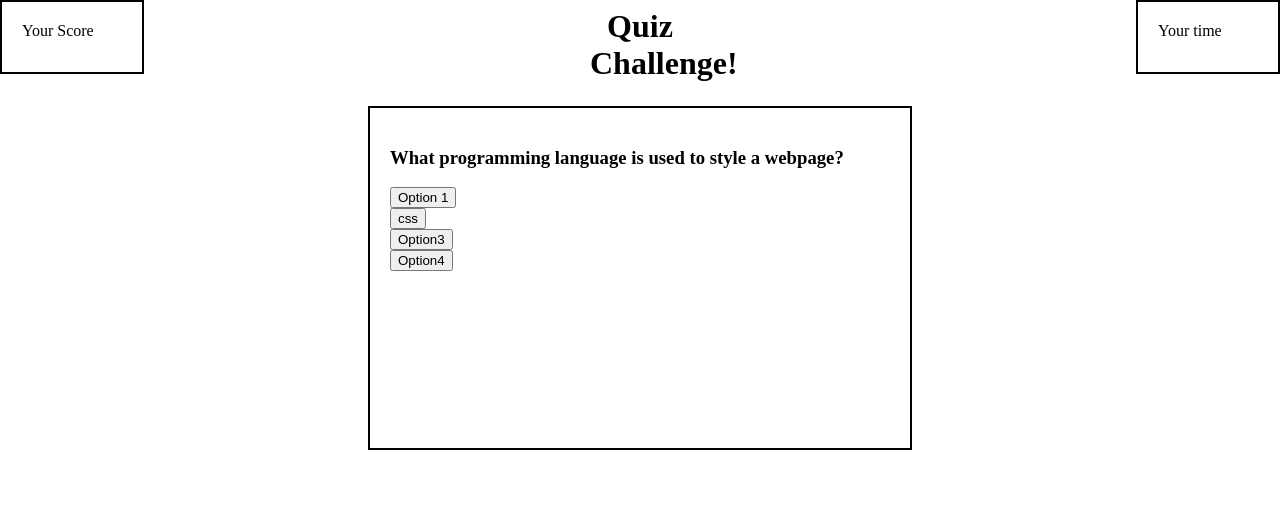
Repository: s88leigh/Quiz-Challenge
Page: index.html
These files come from the project's save history. The page is drawn as it stood at one moment and after a run of saves; the edit follows.
The browser window is 1280 px wide. The pictures show the whole page.

Above is the page before, as saved 2019-10-19 18:26:36.

### index.html
<!DOCTYPE html>
<html lang="en">

<head>
    <meta charset="UTF-8">
    <meta name="viewport" content="width=device-width, initial-scale=1.0">
    <meta http-equiv="X-UA-Compatible" content="ie=edge">
    <link rel="stylesheet" type="text/css" href="style.css">
    <title>Quiz</title>


</head>

<body>
    <div id="score-box">Your Score</div>

    <h1 id="title">Quiz Challenge!</h1>
    <br>
    <div id="question-box">

        <h3 id="question">question</h3>
        <div id="answers"></div>

    </div>

    <div id="timer-box">Your time</div>



    <script src="./script.js"></script>
    <!-- window.location = "/highscores.html"; -->
    <!-- /* score will run from the beginning -nothing below will run.*/ -->

</body>

</html>

### style.css
#score-box {
  width: 100px;
  height: 30px;
  padding: 20px;
  margin: auto;
  position: absolute;
    left: 0;
    top: 0;
  border: 2px solid black;
  text-align: center, top;

}

#title {
    width: 100px;
    height: 50px;
    margin: auto;
    margin-bottom: 30px;
    text-align: center;
}

#question-box {
    width: 500px;
    height:300px;
    padding: 20px;
    margin: auto;
    border: 2px solid black;
}

#timer-box {
  width: 100px;
  height: 30px;
  padding: 20px;
  margin: auto;
  position: absolute;
    right: 0;
    top: 0;
  border: 2px solid black;

}

### script.js
// var btn1 = document.getElementById("btn1");
// var btn2 = document.getElementById("btn2");
// var btn3 = document.getElementById("btn3");
// var btn4 = document.getElementById("btn4");
var currQuestionDiv = document.getElementById("question");
var answersDiv = document.getElementById("answers");

var questions = [
    {
        questionText: "What programming language is used to style a webpage?",
        choices: ["Option 1", "css", "Option3", "Option4"],
        answer: "css"
    },
    {
        questionText: "Which one is a DOM element?",
        choices: ["Option 1", "Option 2", "addEventListener", "Option4"],
        answer: "addEventListener"
    },
    {
        questionText: "Which is a DOM attribute?",
        choices: ["value", "Option 2", "Option3", "Option4"],
        answer: "value"
    },
    {
        questionText: "What are the inputs of a function called?",
        choices: ["Option 1", "Option 2", "Option3", "parameters"],
        answer: "parameters"
    },
    {
        questionText: "What is the output of a function called?",
        choices: ["Option 1", "Option 2", "Option3", "parameters"],
        answer: "return"
    }
];

// var p = document.createElement('p')

var counter = 0;
var questIndex = 0;
var seconds
var timerInterval;

function startTimer(){
    clearInterval(timerInterval);
    seconds = 0;
    timerInterval = setInterval(function(){
        console.log(seconds, timerInterval);
        seconds++;
        // if(seconds ===){
        //     clearInterval(timerInterval);
        //     questIndex++;
            if(questIndex > questions.length){
                clearInterval(timerInterval);
                questionText();
            }
        }
    , 1000);

}
function questionText() {
    startTimer();

    var currentQuestion = questions[questIndex];
    currQuestionDiv.innerText = currentQuestion.questionText;

    answersDiv.innerHTML = "";
    for (var i = 0; i < currentQuestion.choices.length; i++) {
        var button = document.createElement("button");
        var newline = document.createElement("br");

        button.innerText = currentQuestion.choices[i];
        button.onclick = clickButton;
        button.setAttribute("value", currentQuestion.choices[i])

        answersDiv.appendChild(button)
        answersDiv.appendChild(newline)
    }
};

function clickButton() {
    var choice = this.value;

    if(choice === questions[questIndex].answer){
        alert("Correct");
        // questIndex++;
        counter = counter + 1;
        alert ("yay, you've got  "  + counter+"/ 5" + "right!");
        scoreBox.innerHTML('yay right: ' + counter+ '/ 5');
        questionText();

    } else {
        alert("Incorrect. Try again!")

       questionText();
    }

}
questionText()

After the next 2 saves:
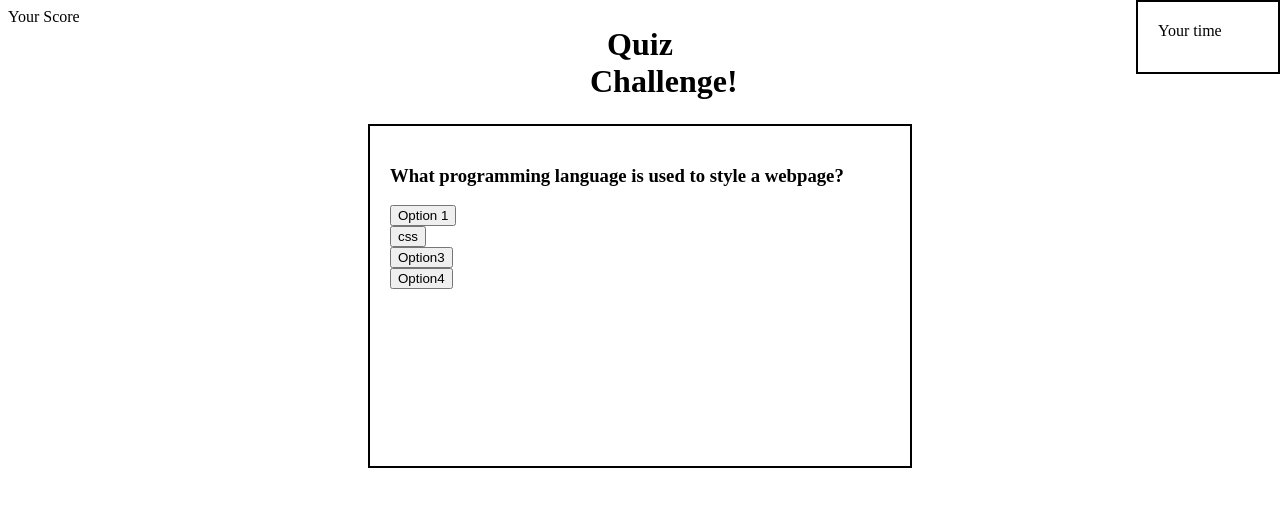
The 2 saves are shown as one change because they came seconds apart.
The last was saved 17 s later.
--- a/style.css
+++ b/style.css
@@ -1,4 +1,4 @@
-#score-box {
+#scoreBox {
   width: 100px;
   height: 30px;
   padding: 20px;

After the save that followed:
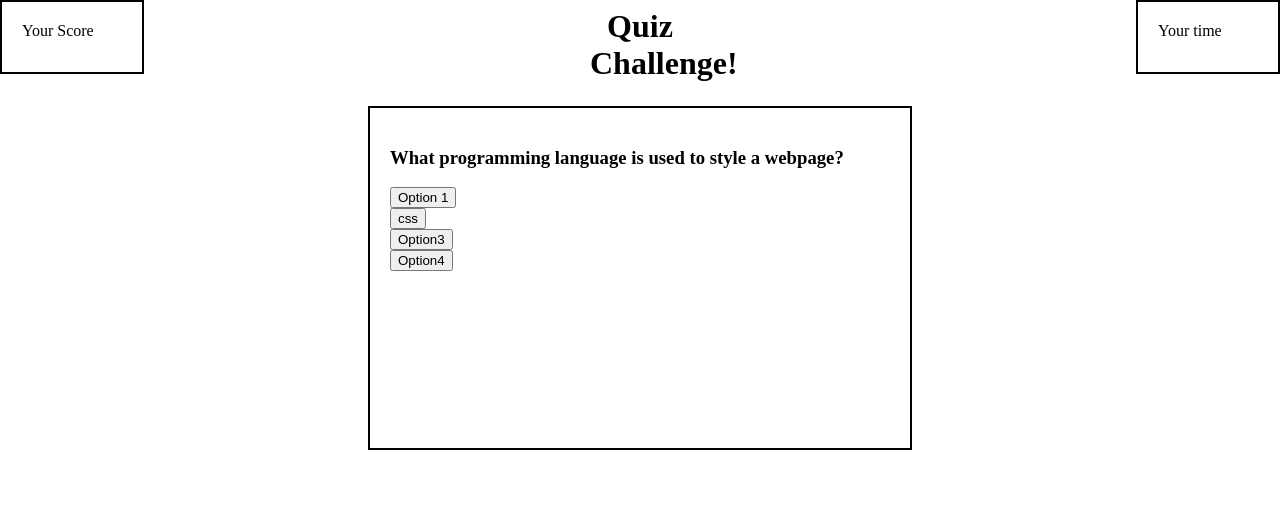
Saved 10 s later.
--- a/index.html
+++ b/index.html
@@ -12,7 +12,7 @@
 </head>
 
 <body>
-    <div id="score-box">Your Score</div>
+    <div id="scoreBox">Your Score</div>
 
     <h1 id="title">Quiz Challenge!</h1>
     <br>
